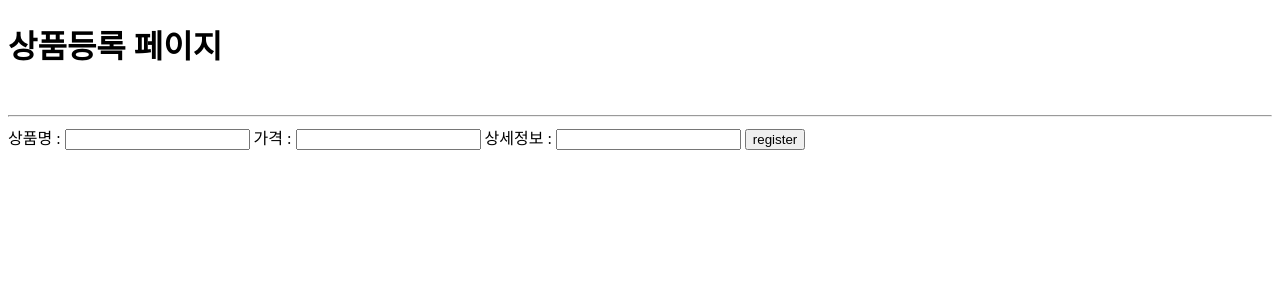
Repository: yangone8249/jsp_project
Page: http://localhost/jsp_study/register.jsp
An editor plug-in stored every save of this project. The page is shown before and after the next save, followed by the edit.
The browser window is 1280 px wide. The pictures show the whole page.
The page is served by Tomcat 9.

Above is the page before, as saved 2023-05-11 05:55:47.

After the next save:
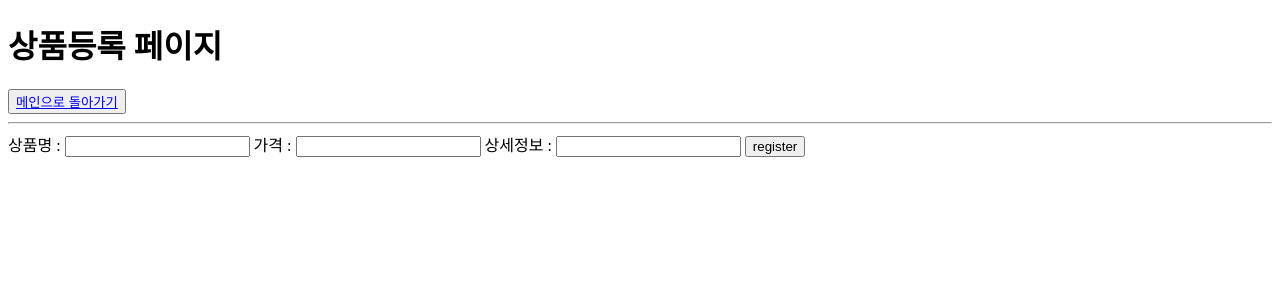
Saved 18 s later.
--- a/jsp_project1/jsp_study/src/main/webapp/register.jsp
+++ b/jsp_project1/jsp_study/src/main/webapp/register.jsp
@@ -8,6 +8,7 @@
 </head>
 <body>
 	<h1>상품등록 페이지</h1>
+			<button type="button"><a href="/index.jsp">메인으로 돌아가기</a></button>
 	<br><hr>
 	<form action="insert.pd" method="post">
 		상품명 : <input type="text" name="pname" value="">
